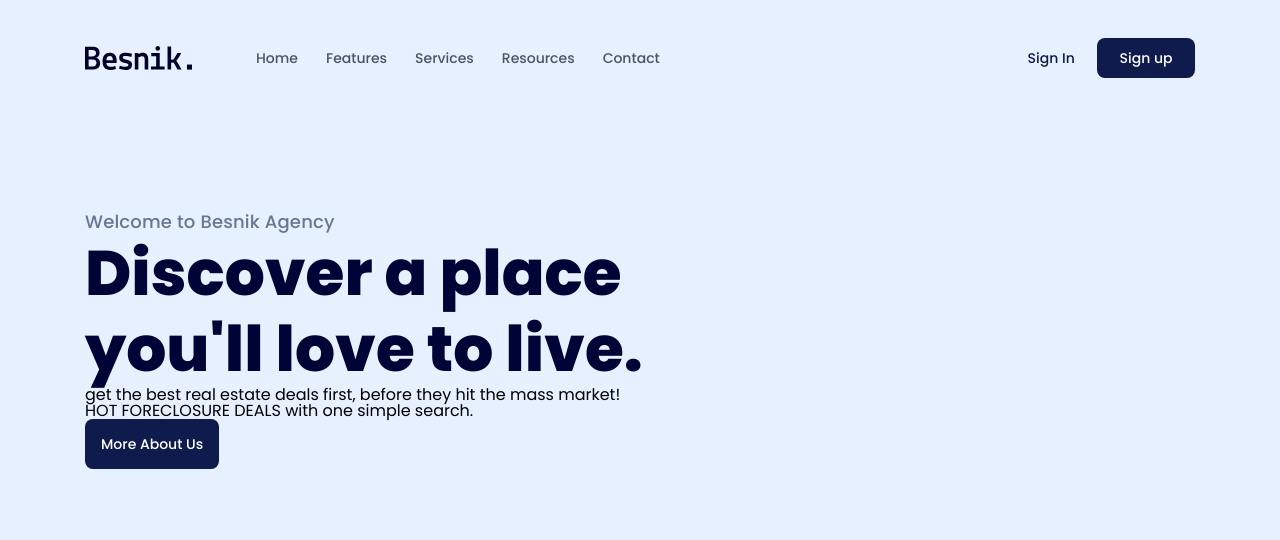
Repository: jessicapaa/F8-Project-01
Page: index.html
The author's editor kept a copy of each file at every save. The page is drawn from the files as they stood at one save, then again after a run of saves.
The browser window is 1280 px wide. The pictures show the whole page.

Above is the page before, as saved 2024-03-08 07:23:39.

After the next 2 saves:
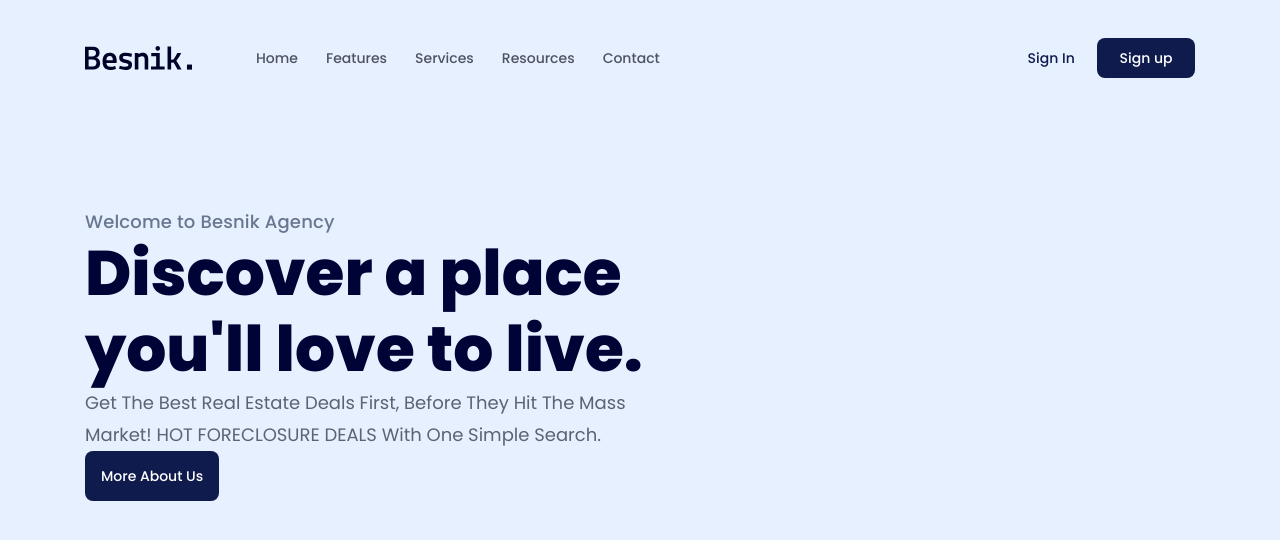
The 2 saves are shown as one change because they came seconds apart.
The last was saved 109 s later.
--- a/assets/css/styles.css
+++ b/assets/css/styles.css
@@ -100,3 +100,11 @@
     font-weight: 700;
     line-height: 7.6rem; /* 118.75% */
 }
+
+.hero .desc {
+    color: #5a6473;
+    font-size: 1.8rem;
+    font-weight: 400;
+    line-height: 3.2rem; /* 177.778% */
+    text-transform: capitalize;
+}
